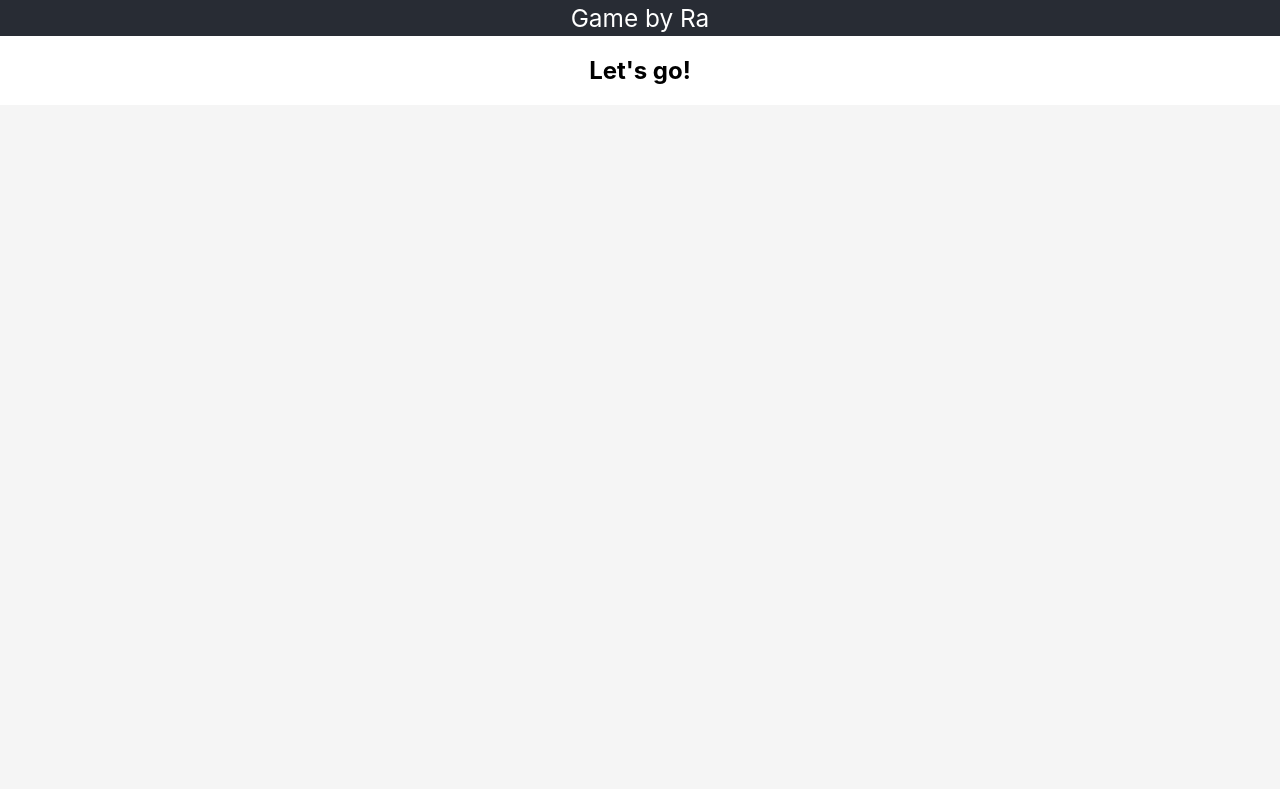
Repository: Sergioramasano/ramos-game
Page: /
The author's editor kept a copy of each file at every save. The page is drawn from the files as they stood at one save, then again after the next save.
The browser window is 1280 px wide. The pictures show the whole page.
The project was rebuilt for these pictures with package versions that can differ from the ones it lists, and the page was loaded fresh each time.

Above is the page before, as saved 2021-02-11 14:24:45.

### public/index.html
<!DOCTYPE html>
<html lang="en">
  <head>
    <meta charset="utf-8" />
    <link rel="icon" href="%PUBLIC_URL%/favicon.ico" />
    <meta name="viewport" content="width=device-width, initial-scale=1" />
    <meta name="theme-color" content="#000000" />
    <meta
      name="description"
      content="Web site created using create-react-app"
    />
    <link rel="apple-touch-icon" href="%PUBLIC_URL%/logo192.png" />
    <link rel="manifest" href="%PUBLIC_URL%/manifest.json" />
    <title>Game by Ra</title>
  </head>
  <body>
    <noscript>You need to enable JavaScript to run this app.</noscript>
    <div id="root"></div>
  </body>
</html>

### src/App.js
import "./App.css";
import GameBox from "./components/GameBox/GameBox";

const App = () => {
  return (
    <div className="App">
      <header className="App-header">Game by Ra</header>
      <h2>Let's go!</h2>
      <GameBox></GameBox>
    </div>
  );
};

export default App;

### src/App.css
.App {
  text-align: center;
}

.App-header {
  background-color: #282c34;
  height: 5vh;
  display: flex;
  flex-direction: column;
  align-items: center;
  justify-content: center;
  font-size: calc(10px + 2vmin);
  color: white;
}

### src/components/GameBox/GameBox.js
import React from "react";
import styles from "./Gamebox.module.css";

const GameBox = () => {
  return <main className={styles.gamebox}></main>;
};

export default GameBox;

### src/components/GameBox/Gamebox.module.css
.gamebox {
  height: 95vh;
  background-color: whitesmoke;
  padding: 2rem;
  box-sizing: border-box;
}

Loaded but not shown: src/index.js (common file); src/index.css (common file)

After the next save:
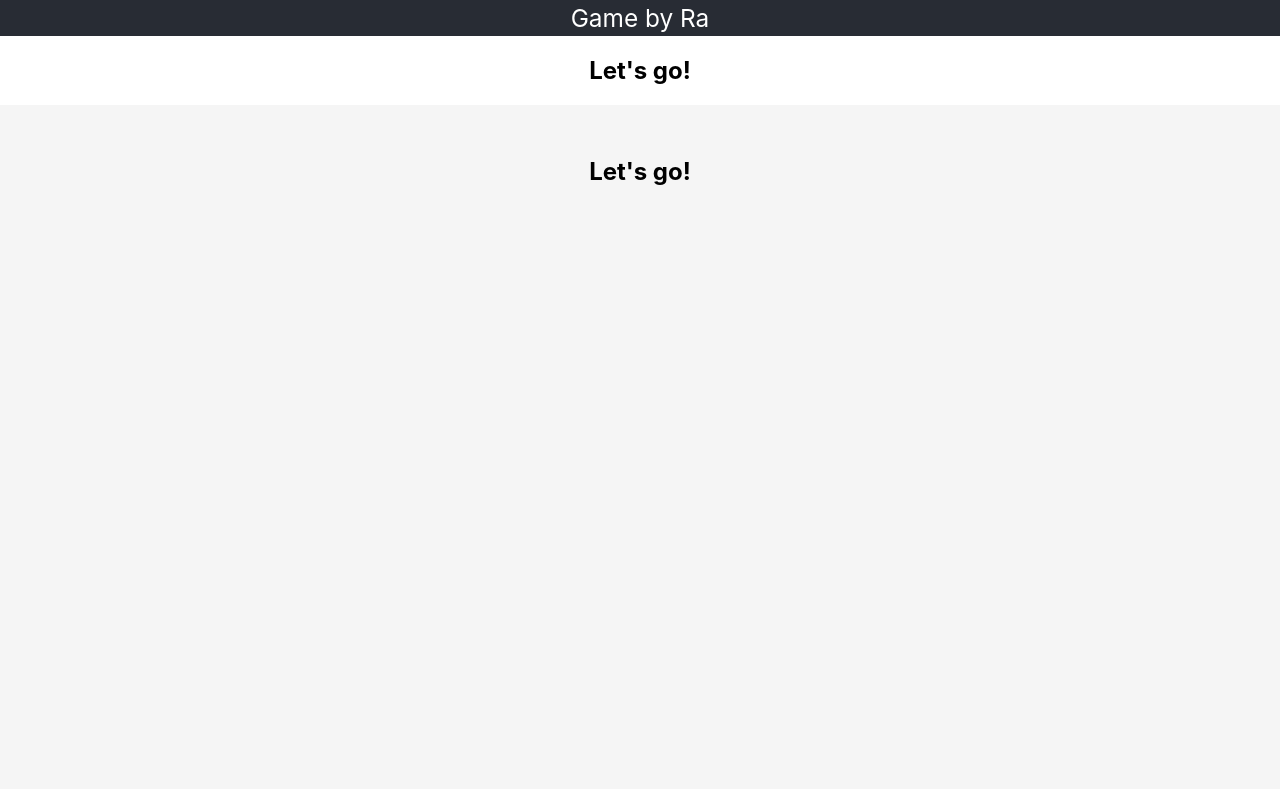
Saved 43 s later.
--- a/src/components/GameBox/GameBox.js
+++ b/src/components/GameBox/GameBox.js
@@ -2,7 +2,11 @@
 import styles from "./Gamebox.module.css";
 
 const GameBox = () => {
-  return <main className={styles.gamebox}></main>;
+  return (
+    <main className={styles.gamebox}>
+      <h2>Let's go!</h2>
+    </main>
+  );
 };
 
 export default GameBox;
